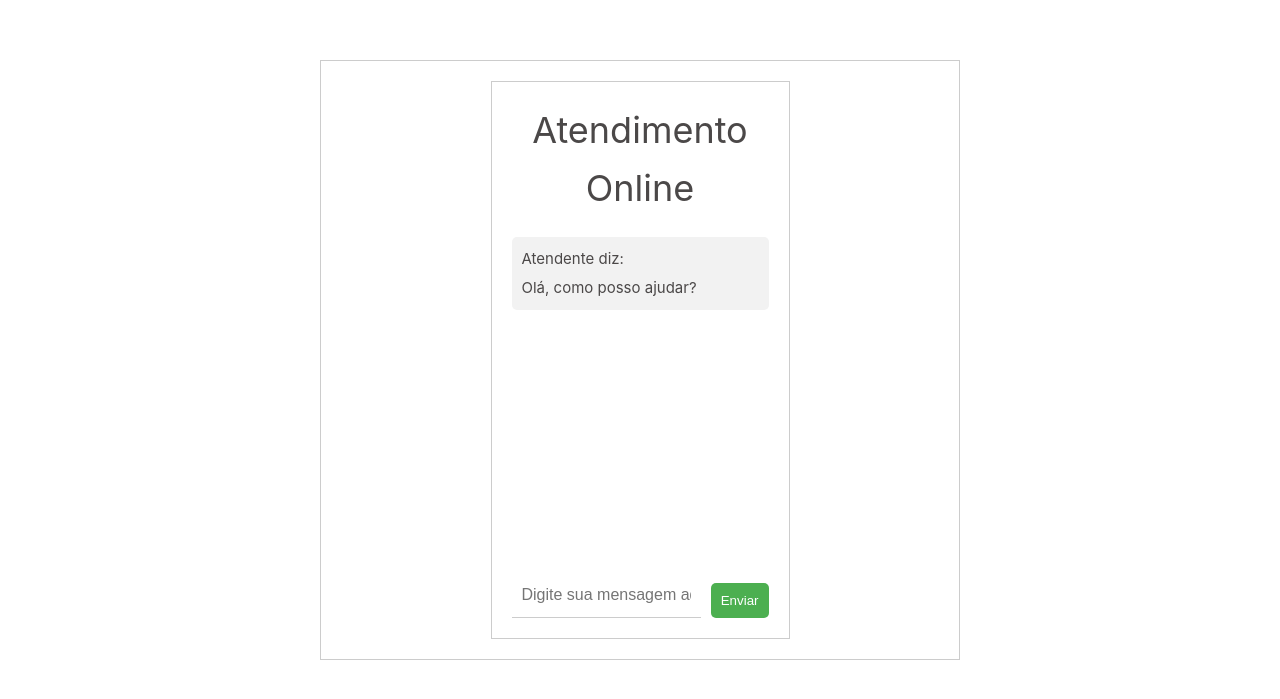
Repository: GabrielGuinzani/vueChat
Page: /
These files come from the project's save history. The page is drawn as it stood at one moment and after the next save; the edit follows.
The browser window is 1280 px wide. The pictures show the whole page.
Some web libraries are served in a nearby version. The project was rebuilt for these pictures with package versions that can differ from the ones it lists, and the page was loaded fresh each time. Also part of the build but not shown: vite.config.js.

Above is the page before, as saved 2023-04-19 11:56:40.

### index.html

<!DOCTYPE html>
<html lang="pt-br">
<head>
  <meta charset="UTF-8">
  <title>Vue Chat App</title>
  <script src="https://unpkg.com/vue@3.2.6/dist/vue.global.js"></script>
</head>
<body>
  <div id="chat-screen">
  </div>
  <script type="module" src="/src/main.js"></script>
</body>
</html>

### src/main.js
import { createApp } from 'vue'
import App from './App.vue'

import './assets/main.css'

createApp(App).mount('#chat-screen')

### src/App.vue

<template>
  <div id="chat-screen">
    <div class="titulo">
      <h2>Atendimento Online</h2>
    </div>
    <div class="messages-list" ref="messagesList">
      <div class="message-item message-fixed">
        <div class="msg-user"><strong>Atendente diz:</strong></div>
        <div class="msg-chat">Olá, como posso ajudar?</div>
      </div>
      <div v-for="(message, index) in messages" :key="index" :class="[message.type === 'user' ? 'message-item2' : 'message-item']">
        <div class="msg-user" v-if="message.type === 'user'"><strong>{{ message.author }} diz:</strong></div>
        <div class="msg-chat">{{ message.text }}</div>
      </div>
    </div>
    <form id="form-chat-send" @submit.prevent="sendMessage">
      <input id="message" type="text" class="typebar" v-model="messageText" placeholder="Digite sua mensagem aqui">
      <button type="submit" class="botao">Enviar</button>
    </form>
  </div>
</template>


<script>
export default {
  data() {
    return {
      messages: [],
      messageText: ''
    }
  },
  methods: {
    sendMessage() {
      const messageText = this.messageText.trim();
      if (messageText !== '') {
        this.messages.push({
          type: 'user',
          author: 'Você',
          text: messageText
        });
        this.messageText = '';
        this.$nextTick(() => {
          this.scrollToBottom();
        });
      }
    },
    scrollToBottom() {
      this.$refs.messagesList.scrollTop = this.$refs.messagesList.scrollHeight;
    }
  }
}
</script>

<style>
body {
  display: flex;
  justify-content: center;
  align-items: center;
  height: 50%;
  width: 100%;
}

#chat-screen {
  width: 50%;
  height: 600px;
  margin: 0 auto;
  border: 1px solid #ccc;
  background-color: #fff;
  padding: 20px;
  display: flex;
  flex-direction: column;
}

.titulo {
  text-align: center;
  font-size: 24px;
  margin-bottom: 20px;
  color: rgb(75, 72, 72);
}

.messages-list {
  flex: 1;
  overflow-y: auto;
}

.message-item {
  background-color: #f2f2f2;
  border-radius: 5px;
  padding: 10px;
  margin-bottom: 10px;
  color: rgb(75, 72, 72);
}

.message-item2 {
  background-color: #e6f7ff;
  border-radius: 5px;
  padding: 10px;
  margin-bottom: 10px;
  color: rgb(75, 72, 72);
}

.msg-user {
  margin-bottom: 5px;
  color: rgb(75, 72, 72);
}

.msg-chat {
  color: rgb(75, 72, 72);
}

.typebar {
  width: 100%;
  padding: 10px;
  border: none;
  border-bottom: 1px solid #ccc;
  margin-right: 10px;
  font-size: 16px;
  color: rgb(75, 72, 72);
}

.botao {
  background-color: #4CAF50;
  color: #fff;
  border: none;
  border-radius: 5px;
  padding: 10px;
  margin-top: 10px;
  cursor: pointer;
}


  .botao:hover {
    background-color: #0b4e27;
    cursor: pointer;
  }

  #form-chat-send {
    display: flex;
    justify-content: center;
    margin-top: 20px;
  }
</style>

Loaded but not shown: src/assets/main.css (common file); src/assets/base.css (common file)

After the next save:
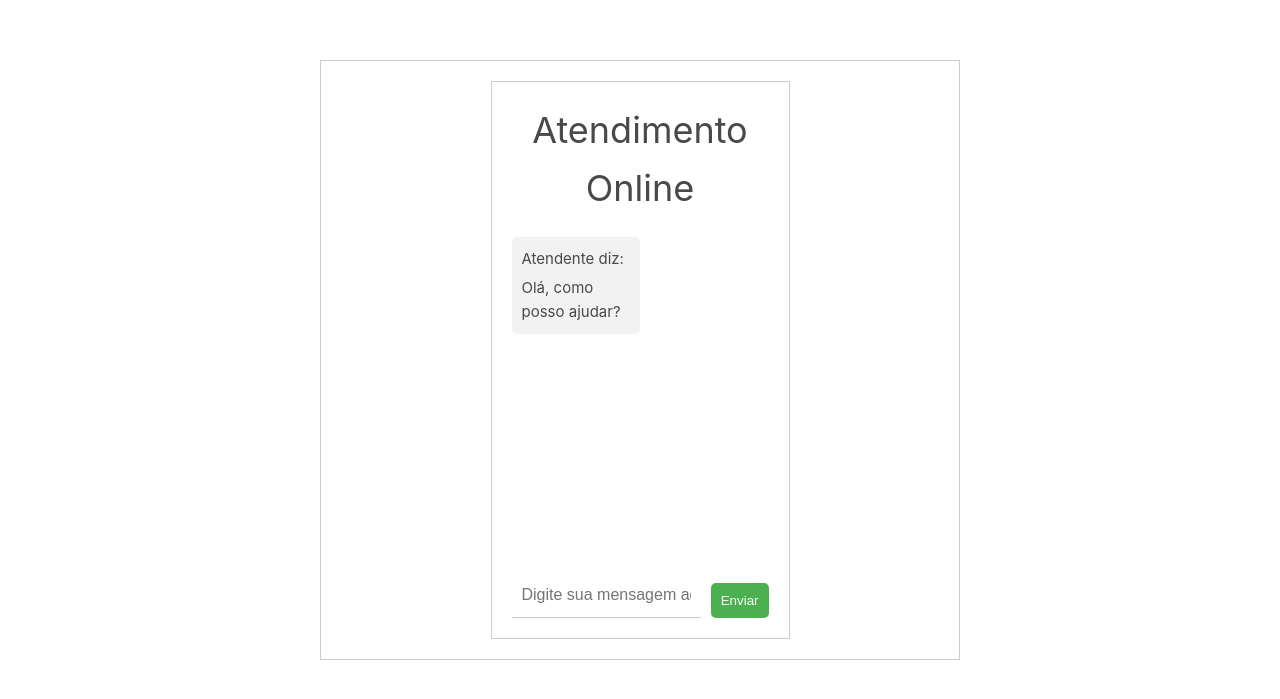
Saved 27 s later.
--- a/src/App.vue
+++ b/src/App.vue
@@ -82,6 +82,7 @@ body {
 .messages-list {
   flex: 1;
   overflow-y: auto;
+  width: inherit;
 }
 
 .message-item {
